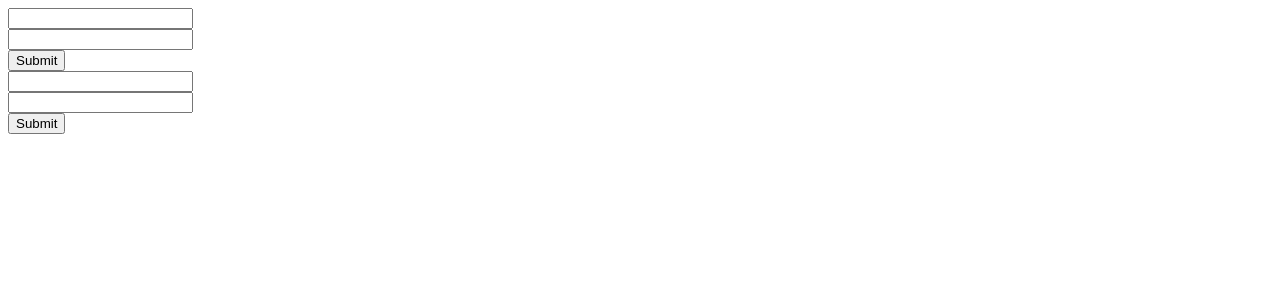
Repository: AtomShareef/Spring-Boot-Basics-Complete
Page: http://localhost/SpringBootJpa/home.jsp
An editor plug-in stored every save of this project. The page is shown before and after the next save, followed by the edit.
The browser window is 1280 px wide. The pictures show the whole page.
The page is served by Tomcat 9.

Above is the page before, as saved 2020-12-10 07:35:53.

After the next save:
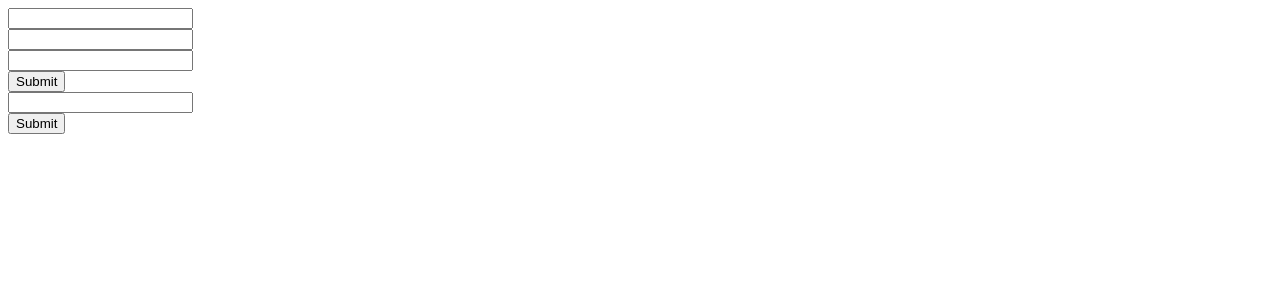
Saved 19 s later.
--- a/SpringBootJpa/src/main/webapp/home.jsp
+++ b/SpringBootJpa/src/main/webapp/home.jsp
@@ -12,6 +12,7 @@
 <form action="addAlien">
 <input type="text" name="aid"><br>
 <input type="text" name="aname"><br>
+<input type="text" name="tech"><br>
 <input type="submit"><br>
 </form>
 </div>
@@ -19,7 +20,6 @@
 <div>
 <form action="addAlien">
 <input type="text" name="aid"><br>
-<input type="text" name="aname"><br>
 <input type="submit"><br>
 </form>
 
